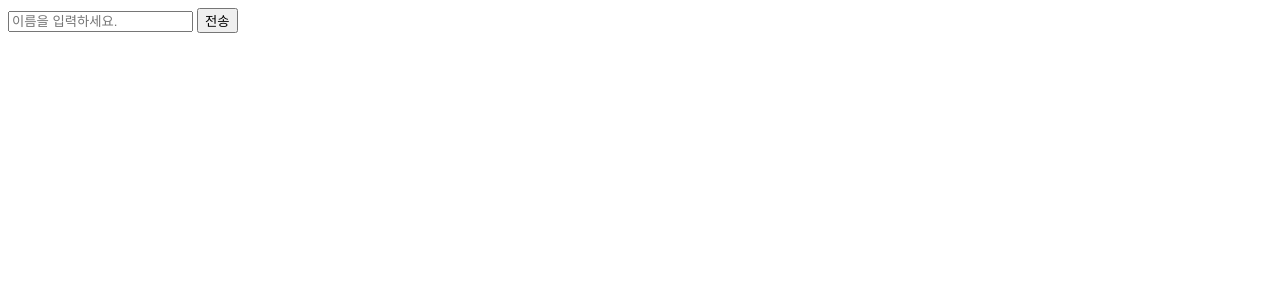
Repository: cutekang/jsp_study
Page: http://localhost/servlet/intro.jsp
An editor plug-in stored every save of this project. The page is shown before and after the next save, followed by the edit.
The browser window is 1280 px wide. The pictures show the whole page.
The page is served by Tomcat 9. Other server files are loaded and not shown.

Above is the page before, as saved 2025-03-05 01:47:59.

### servlet/src/main/webapp/intro.jsp
<%@ page language="java" contentType="text/html; charset=UTF-8"
    pageEncoding="UTF-8"%>
<!DOCTYPE html>
<html>
<head>
<meta charset="UTF-8">
<title>Insert title here</title>
</head>
<body>
<%--
	<%
		for(int i = 0; i < 10; i++){
	%>
		<h1>안녕하세요</h1>
	<%
		}
	%>
	 --%>

	 <!-- 실습
	 이름과 나이를 입력받아서
	 나이와 만 나이를 서블리에서 계산 후 화면에 응답해주는 페이지 제작
	 *이름과 나이는 모두 유효성 검사 필수
	 -->


	 <form method="post" action="home">
	 	<input name='name' placeholder="이름을 입력하세요." />
	 	<button>전송</button>
	 </form>



</body>
<script type="text/javascript">



</script>
</html>

After the next save:
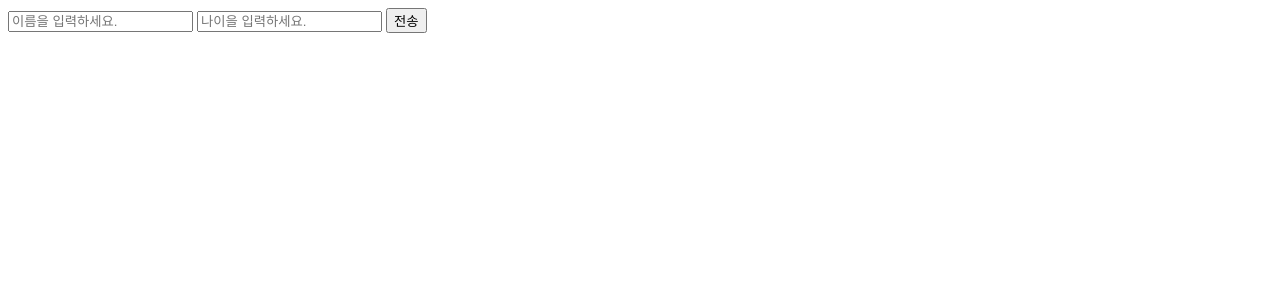
Saved 21 s later.
--- a/servlet/src/main/webapp/intro.jsp
+++ b/servlet/src/main/webapp/intro.jsp
@@ -26,6 +26,7 @@
 
 	 <form method="post" action="home">
 	 	<input name='name' placeholder="이름을 입력하세요." />
+	 	<input name='age' placeholder="나이을 입력하세요." />
 	 	<button>전송</button>
 	 </form>
 
